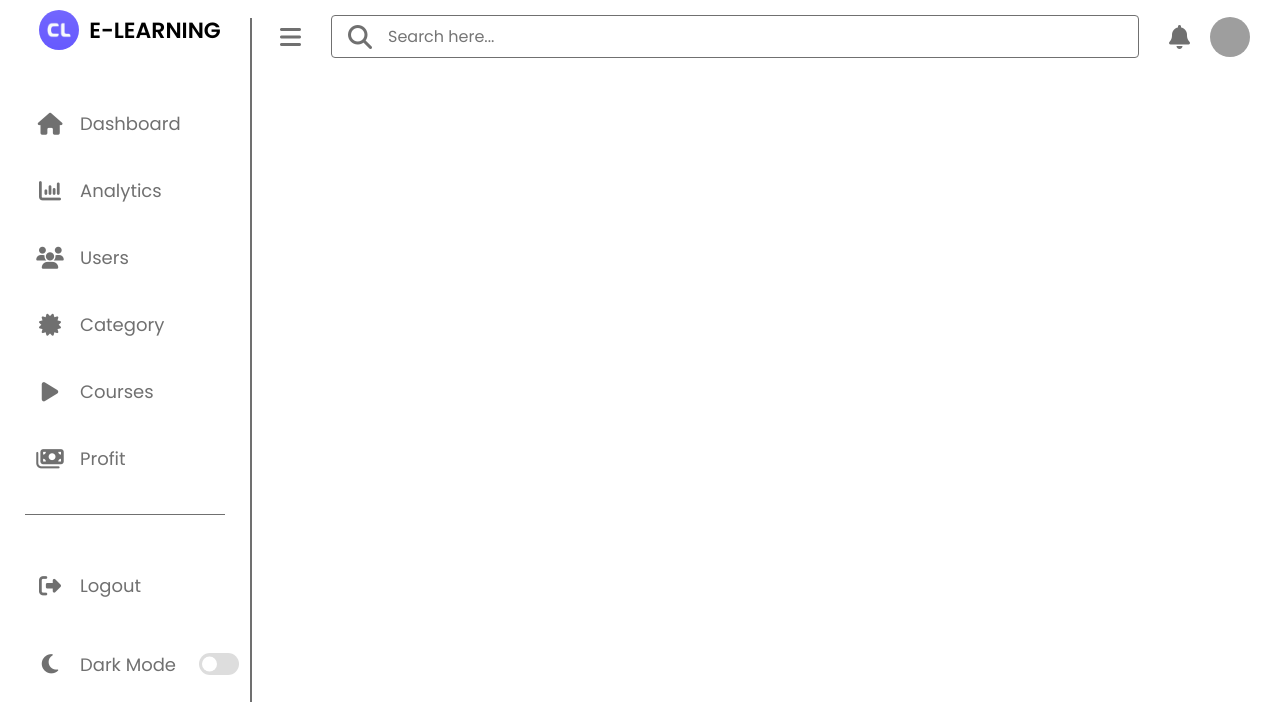
Repository: phamngocthang/practice-html-css
Page: Admin/dist/index.html
These files come from the project's save history. The page is drawn as it stood at one moment and after a run of saves; the edit follows.
The browser window is 1280 px wide. The pictures show the whole page.
Pictures or frames that could not be fetched are drawn as grey boxes. The style sheet was rebuilt from its Sass, Less or Tailwind sources for each picture, by a compiler version that may differ from the author's.

Above is the page before, as saved 2023-10-25 01:20:01.

After the next 2 saves:
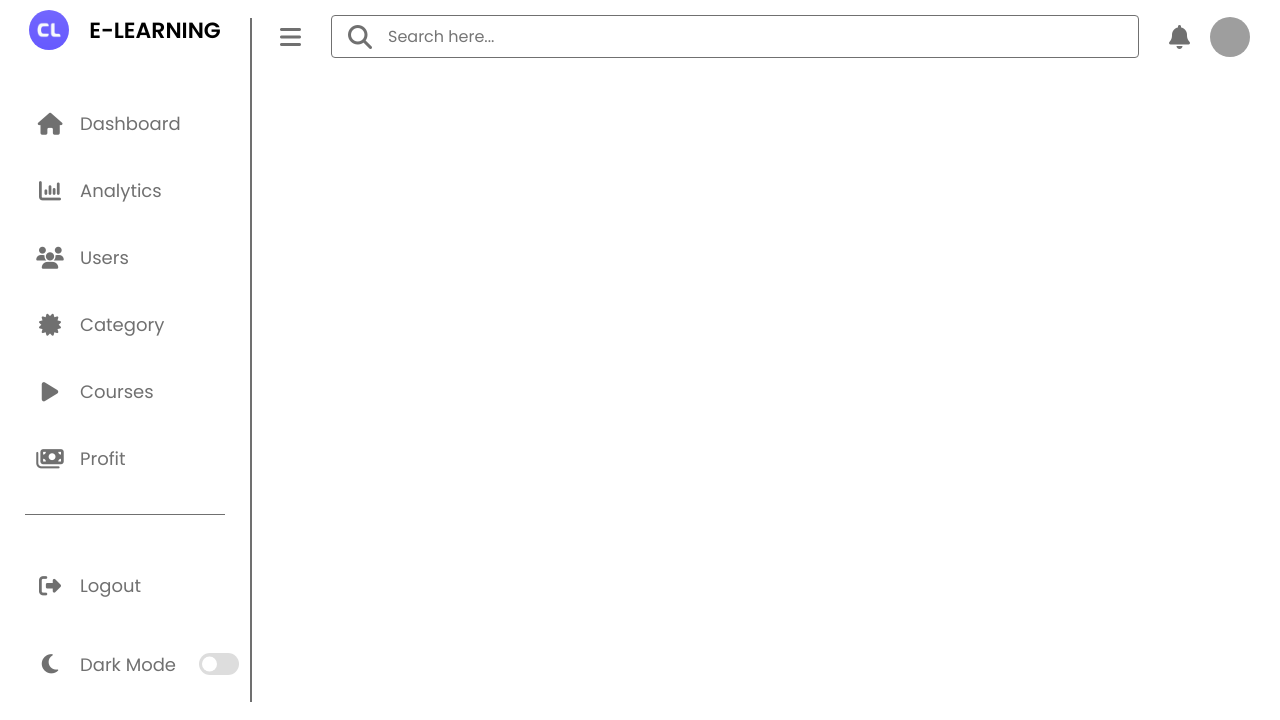
The 2 saves are shown as one change because they came seconds apart.
The last was saved 9 s later.
--- a/Admin/scss/main.scss
+++ b/Admin/scss/main.scss
@@ -56,7 +56,7 @@ nav {
             min-width: 45px;
             display: flex;
             align-items: center;
-            padding: 0 10px;
+            padding-right: 20px;
 
             img {
                 width: 40px;
